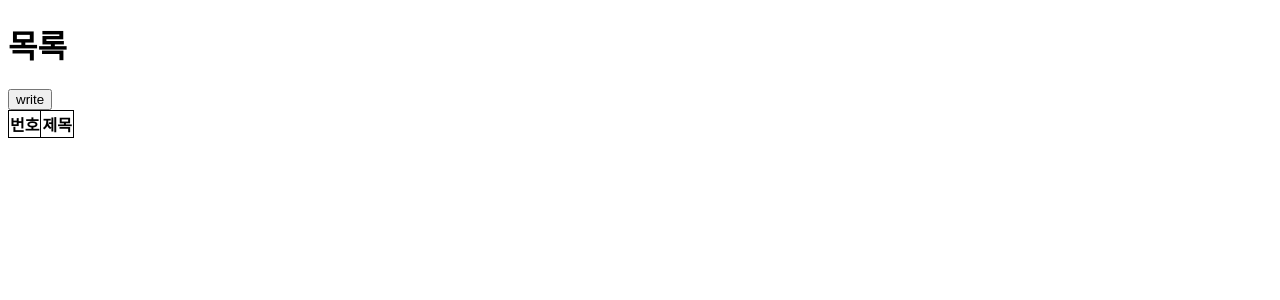
Repository: jennienterry/Board
Page: http://localhost/BoardVer2/list
The author's editor kept a copy of each file at every save. The page is drawn from the files as they stood at one save, then again after the next save.
The browser window is 1280 px wide. The pictures show the whole page.
The page is served by Tomcat 9.

Above is the page before, as saved 2021-04-28 03:27:44.

After the next save:
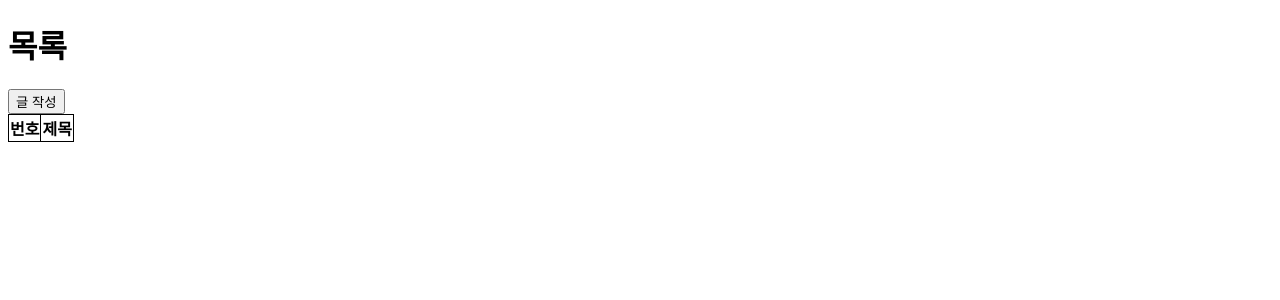
Saved 53 s later.
--- a/WebWorkspace/BoardVer2/src/main/webapp/WEB-INF/jsp/list.jsp
+++ b/WebWorkspace/BoardVer2/src/main/webapp/WEB-INF/jsp/list.jsp
@@ -16,7 +16,7 @@ List<BoardVO> list = (List<BoardVO>) request.getAttribute("data");
 </style></head>
 <body>
 	<h1>목록</h1>
-	<a href="/write"><button>write</button></a>
+	<a href="/write"><button>글 작성</button></a>
 
 	<div>
 		<table>
